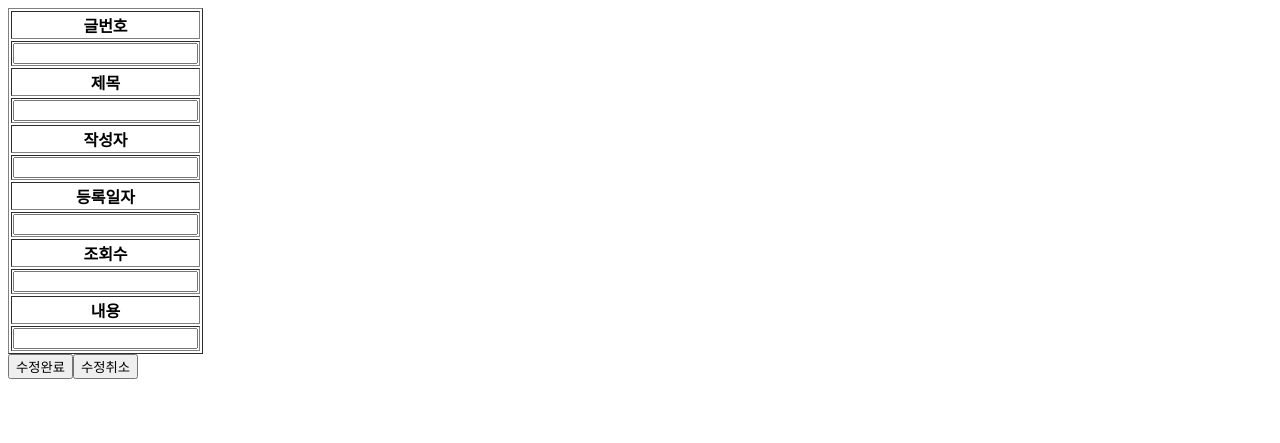
Repository: WoodongMaster/JSP_Workspace
Page: http://localhost/jsp_project/board/modify.jsp
These files come from the project's save history. The page is drawn as it stood at one moment and after the next save; the edit follows.
The browser window is 1280 px wide. The pictures show the whole page.
The page is served by Tomcat 9.

Above is the page before, as saved 2023-05-25 05:42:30.

After the next save:
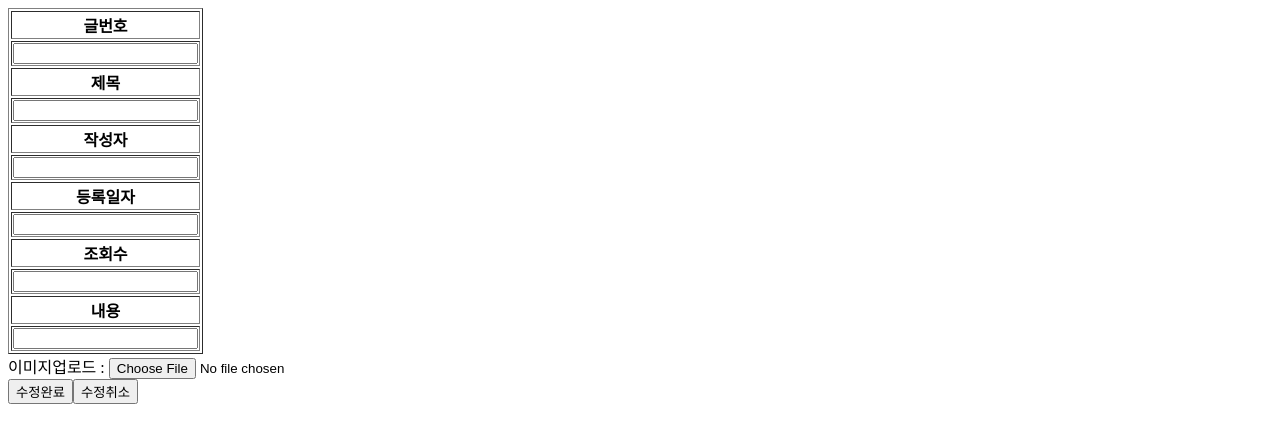
Saved 35 s later.
--- a/jsp_project3/jsp_project/src/main/webapp/board/modify.jsp
+++ b/jsp_project3/jsp_project/src/main/webapp/board/modify.jsp
@@ -56,6 +56,7 @@
 		</tr>
 		</c:if>
 	</table>
+	이미지업로드 : <input type="file" id="file" name="imgfile" accept="image/png, image/jpeg, image/jpg, image/bmp, image/gif"><br>
 	<button type="submit">수정완료</button><a href="/"><button>수정취소</button></a>
 	</form>
 </body>
